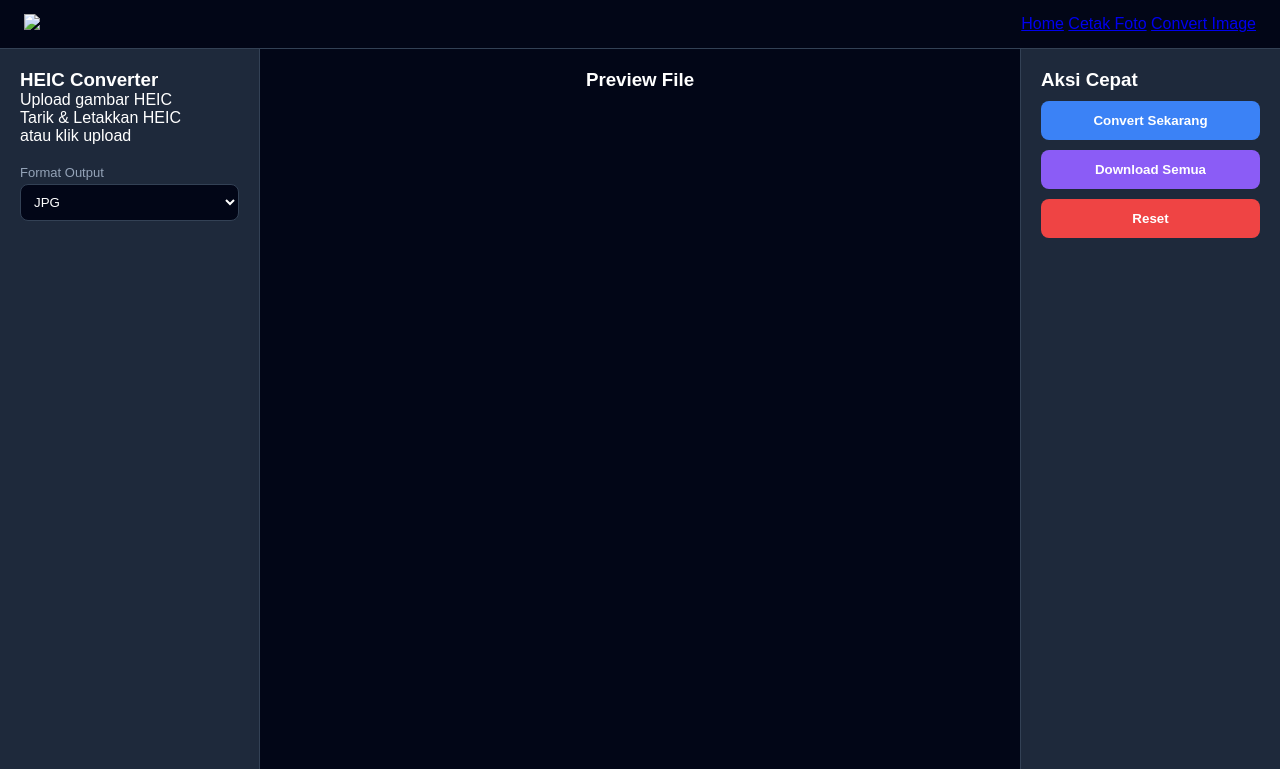
Repository: procinema22/hiisedulurfc
Page: hesedulur-main/convert-image.html
An editor plug-in stored every save of this project. The page is shown before and after the next save, followed by the edit.
The browser window is 1280 px wide. The pictures show the whole page.

Above is the page before, as saved 2026-04-23 23:27:20.
Not found: hesedulur-main/img/logo.png

### hesedulur-main/convert-image.html
<!DOCTYPE html>
<html lang="id">
<head>

<meta charset="UTF-8">
<meta name="viewport" content="width=device-width, initial-scale=1.0">

<title>Convert HEIC ke JPG</title>

<link rel="stylesheet" href="css/cetak.css">

<script src="https://cdn.jsdelivr.net/npm/heic2any/dist/heic2any.min.js"></script>

</head>

<body>

<!-- NAVBAR -->
<header class="navbar">

<div class="logo">
<img src="img/logo.png">
</div>

<nav>
<a href="index.html">Home</a>
<a href="cetakfoto.html">Cetak Foto</a>
<a href="convert-image.html">Convert Image</a>
</nav>

</header>


<div class="layout">

<!-- LEFT PANEL -->
<div class="left-panel">

<h3>HEIC Converter</h3>

<p>Upload gambar HEIC</p>

<div id="dropArea" class="upload-box">
Tarik & Letakkan HEIC
<br>
atau klik upload
</div>

<input type="file" id="fileInput" accept=".heic,image/heic" multiple hidden>

<div style="margin-top:20px">

<label>Format Output</label>

<select id="format">
<option value="image/jpeg">JPG</option>
<option value="image/png">PNG</option>
</select>

</div>

</div>


<!-- CENTER PREVIEW -->
<div class="center-panel">

<h3 style="text-align:center">Preview File</h3>

<div id="previewList" class="preview-list"></div>

</div>


<!-- RIGHT PANEL -->
<div class="right-panel">

<h3>Aksi Cepat</h3>

<button class="btn blue" id="convertBtn">
Convert Sekarang
</button>

<button class="btn purple" id="downloadAll">
Download Semua
</button>

<button class="btn red" onclick="location.reload()">
Reset
</button>

<div class="progress">

<div id="progressBar"></div>

</div>

</div>

</div>

<script src="js/convert.js"></script>

</body>
</html>

### hesedulur-main/css/cetak.css
/* ============ ROOT & GLOBAL ============ */
:root {
    --bg: #0f172a;
    --card: #1e293b;
    --border: #334155;
    --text: #e2e8f0;
    --muted: #94a3b8;
    --blue: #3b82f6;
    --green: #ff1e00;
    --purple: #8b5cf6;
    --red: #ef4444;
    --shadow: rgba(0,0,0,.4);
  }

  *{
    margin:0;
    padding:0;
    box-sizing:border-box;
    font-family:"Poppins",sans-serif;
  }

  body{
    background:var(--bg);
    color:var(--text);
    overflow-x:hidden;
  }

  /* ============ HEADER / NAVBAR ============ */
  header{
    display:flex;
    align-items:center;
    justify-content:space-between;
    padding:14px 24px;
    background:#020617;
    border-bottom:1px solid var(--border);
  }

  header .logo img{
    height:42px;
  }

  header nav ul{
    display:flex;
    gap:22px;
    list-style:none;
  }

  header nav ul li a{
    color:var(--text);
    text-decoration:none;
    font-size:14px;
    font-weight:500;
  }

  header nav ul li a:hover{
    color:var(--green);
  }

  .search-box{
    display:flex;
    gap:6px;
  }

  .search-box input{
    padding:6px 10px;
    border-radius:8px;
    background:#020617;
    border:1px solid var(--border);
    color:white;
  }

  /* ============ LAYOUT ============ */
  .layout{
    display:grid;
    grid-template-columns:320px 1fr 260px;
    height:calc(100vh - 70px);
  }

  /* ============ LEFT PANEL ============ */
  .left-panel{
    background:var(--card);
    padding:20px;
    border-right:1px solid var(--border);
    overflow-y:auto;
  }

  .left-panel label{
    font-size:13px;
    color:var(--muted);
    margin-bottom:4px;
    display:block;
  }

  .left-panel input,
  .left-panel select{
    width:100%;
    padding:9px;
    border-radius:8px;
    border:1px solid var(--border);
    background:#020617;
    color:white;
    margin-bottom:12px;
  }

  .section-title{
    font-size:18px;
    font-weight:600;
    margin-bottom:14px;
  }

  /* DROP AREA */
  .drop-area{
    border:2px dashed var(--blue);
    padding:24px;
    text-align:center;
    border-radius:10px;
    color:var(--blue);
    background:rgba(59,130,246,.05);
    cursor:pointer;
    margin-bottom:15px;
  }

  .drop-area:hover{
    background:rgba(59,130,246,.15);
  }

  /* PRICE */
  .price{
    font-size:16px;
    font-weight:600;
    margin-top:6px;
  }

  /* ============ CENTER PANEL ============ */
  .center-panel{
    padding:20px;
    display:flex;
    flex-direction:column;
    align-items:center;
    overflow-y:auto;
  }

  canvas{
    width:100%;
    max-width:600px;
    background:white;
    border-radius:10px;
    border:2px solid var(--border);
    box-shadow:0 0 15px var(--shadow);
  }

  /* PAGE NAV */
  .page-nav{
    display:flex;
    gap:14px;
    margin-top:12px;
  }

  .page-nav button{
    padding:8px 14px;
    border:none;
    border-radius:8px;
    background:var(--blue);
    color:white;
    cursor:pointer;
  }

  /* ============ RIGHT PANEL ============ */
  .right-panel{
    background:var(--card);
    padding:20px;
    border-left:1px solid var(--border);
    overflow-y:auto;
  }

  .btn{
    width:100%;
    padding:12px;
    border:none;
    border-radius:10px;
    font-weight:600;
    cursor:pointer;
    margin-bottom:10px;
    color:white;
  }

  .blue{background:var(--blue)}
  .green{background:var(--green)}
  .purple{background:var(--purple)}
  .red{background:var(--red)}

  /* ============ LOADER & TOAST ============ */
  #loadingOverlay{
    position:fixed;
    inset:0;
    background:rgba(0,0,0,.7);
    display:none;
    flex-direction:column;
    justify-content:center;
    align-items:center;
    z-index:9999;
  }

  .loader{
    width:60px;
    height:60px;
    border-radius:50%;
    border:6px solid #fff;
    border-top:6px solid var(--blue);
    animation:spin 1s linear infinite;
  }

  @keyframes spin{
    to{transform:rotate(360deg)}
  }

  #toast{
    position:fixed;
    bottom:20px;
    right:20px;
    padding:12px 18px;
    background:var(--card);
    border-left:5px solid var(--blue);
    border-radius:10px;
    opacity:0;
    transition:.3s;
    z-index:10000;
  }

  #toast.show{
    opacity:1;
    transform:translateY(-6px);
  }

  /* ============ PRINT A4 MODE ============ */
  @media print{
    header,
    .left-panel,
    .right-panel,
    .page-nav,
    #toast,
    #loadingOverlay{
      display:none !important;
    }

    body{
      background:white;
      overflow:visible;
    }

    .layout{
      display:block;
      height:auto;
    }

    canvas{
      width:210mm !important;
      height:297mm !important;
      max-width:none;
      border:none;
      box-shadow:none;
      border-radius:0;
    }
  }

  @page{
    size:A4;
    margin:10mm;
  }
  .btn-logout {
    background: #e53935;
    color: #fff;
    border: none;
    padding: 8px 14px;
    border-radius: 6px;
    cursor: pointer;
    font-weight: 600;
  }

  .btn-logout:hover {
    background: #c62828;
  }

  body{
    margin:0;
    font-family:Arial;
    background:#0f172a;
    color:white;
    }

    .layout{
    display:flex;
    height:100vh;
    }

    .left-panel{
    width:260px;
    background:#1e293b;
    padding:20px;
    }

    .center-panel{
    flex:1;
    background:#020617;
    padding:20px;
    text-align:center;
    }

    .right-panel{
    width:260px;
    background:#1e293b;
    padding:20px;
    }

    .section-title{
    font-weight:bold;
    margin-bottom:20px;
    }

    .drop-area{
    border:2px dashed #3b82f6;
    padding:30px;
    text-align:center;
    border-radius:10px;
    cursor:pointer;
    }

    #preview{
    max-width:90%;
    display:none;
    margin:auto;
    border-radius:10px;
    }

    .btn{
    display:block;
    padding:12px;
    margin-top:10px;
    text-align:center;
    border-radius:8px;
    text-decoration:none;
    color:white;
    cursor:pointer;
    border:none;
    }

    .blue{
    background:#3b82f6;
    }

    .green{
    background:#22c55e;
    display:none;
    }

### hesedulur-main/js/convert.js
const dropArea = document.getElementById("dropArea")
const input = document.getElementById("fileInput")

const previewList = document.getElementById("previewList")
const convertBtn = document.getElementById("convertBtn")
const progressBar = document.getElementById("progressBar")
const downloadAll = document.getElementById("downloadAll")

let files = []
let results = []


/* klik upload */
dropArea.addEventListener("click",()=>{
input.click()
})


/* drag over */
dropArea.addEventListener("dragover",e=>{
e.preventDefault()
dropArea.style.borderColor="#22c55e"
})


/* drag leave */
dropArea.addEventListener("dragleave",()=>{
dropArea.style.borderColor="#3b82f6"
})


/* drop file */
dropArea.addEventListener("drop",e=>{
e.preventDefault()

const dropped=[...e.dataTransfer.files]

handleFiles(dropped)
})


/* pilih file */
input.addEventListener("change",e=>{
handleFiles([...e.target.files])
})


function handleFiles(selected){

selected.forEach(file=>{

files.push(file)

const div=document.createElement("div")
div.className="preview-item"

div.innerHTML=`
<p>${file.name}</p>
`

previewList.appendChild(div)

})

}


/* convert semua */
convertBtn.addEventListener("click",async()=>{

if(files.length===0){
alert("Upload file dulu")
return
}

results=[]

for(let i=0;i<files.length;i++){

const file=files[i]

const blob=await heic2any({
blob:file,
toType:"image/jpeg",
quality:0.9
})

results.push(blob)

let percent=((i+1)/files.length)*100
progressBar.style.width=percent+"%"

}

alert("Convert selesai")

})


/* download semua */
downloadAll.addEventListener("click",()=>{

if(results.length===0){
alert("Convert dulu")
return
}

results.forEach((blob,i)=>{

const url=URL.createObjectURL(blob)

const a=document.createElement("a")

a.href=url
a.download="image_"+(i+1)+".jpg"

a.click()

})

})

After the next save:
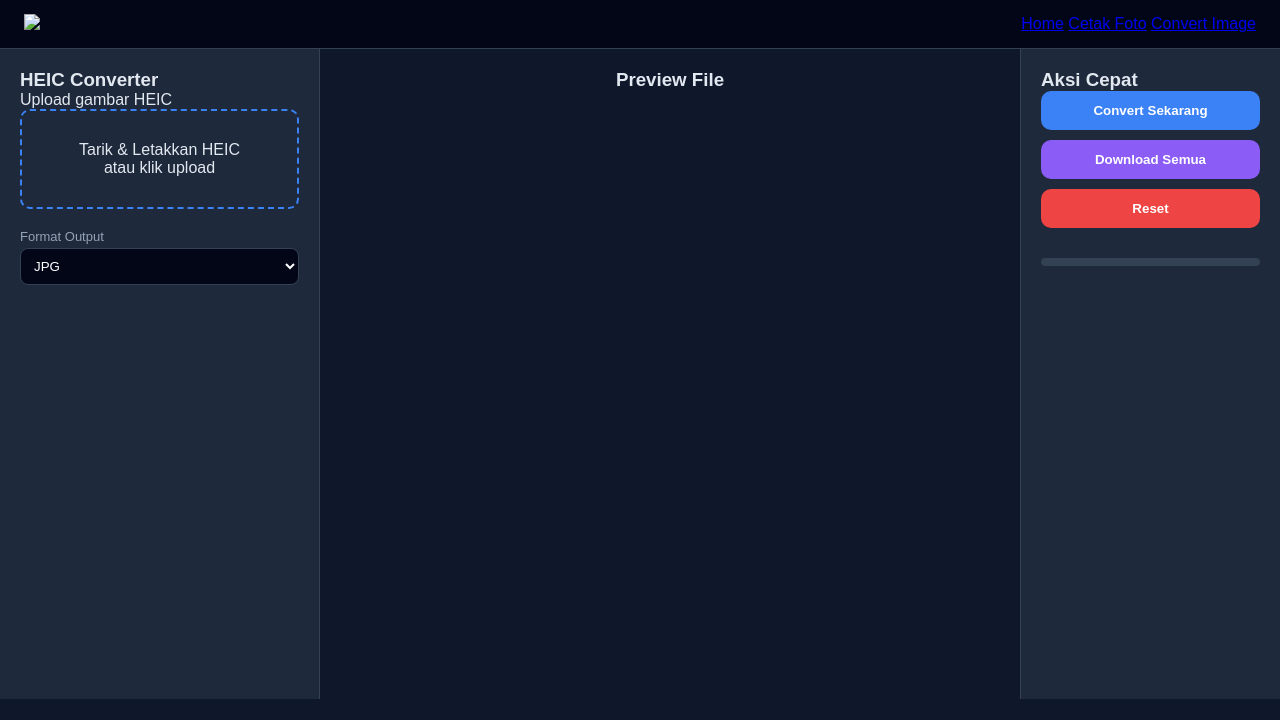
Saved 13 s later.
--- a/hesedulur-main/css/cetak.css
+++ b/hesedulur-main/css/cetak.css
@@ -281,43 +281,22 @@
     background: #c62828;
   }
 
-  body{
-    margin:0;
-    font-family:Arial;
-    background:#0f172a;
-    color:white;
-    }
-
-    .layout{
-    display:flex;
-    height:100vh;
-    }
-
-    .left-panel{
-    width:260px;
+  .preview-list{
+    display:grid;
+    grid-template-columns:repeat(auto-fill,120px);
+    gap:15px;
+    padding:20px;
+    }
+
+    .preview-item{
     background:#1e293b;
-    padding:20px;
-    }
-
-    .center-panel{
-    flex:1;
-    background:#020617;
-    padding:20px;
+    padding:10px;
+    border-radius:8px;
     text-align:center;
-    }
-
-    .right-panel{
-    width:260px;
-    background:#1e293b;
-    padding:20px;
-    }
-
-    .section-title{
-    font-weight:bold;
-    margin-bottom:20px;
-    }
-
-    .drop-area{
+    font-size:12px;
+    }
+
+    .upload-box{
     border:2px dashed #3b82f6;
     padding:30px;
     text-align:center;
@@ -325,30 +304,17 @@
     cursor:pointer;
     }
 
-    #preview{
-    max-width:90%;
-    display:none;
-    margin:auto;
-    border-radius:10px;
-    }
-
-    .btn{
-    display:block;
-    padding:12px;
-    margin-top:10px;
-    text-align:center;
-    border-radius:8px;
-    text-decoration:none;
-    color:white;
-    cursor:pointer;
-    border:none;
-    }
-
-    .blue{
-    background:#3b82f6;
-    }
-
-    .green{
+    .progress{
+    height:8px;
+    background:#334155;
+    margin-top:20px;
+    border-radius:10px;
+    overflow:hidden;
+    }
+
+    #progressBar{
+    height:100%;
+    width:0%;
     background:#22c55e;
-    display:none;
-    }
+    transition:0.3s;
+    }
